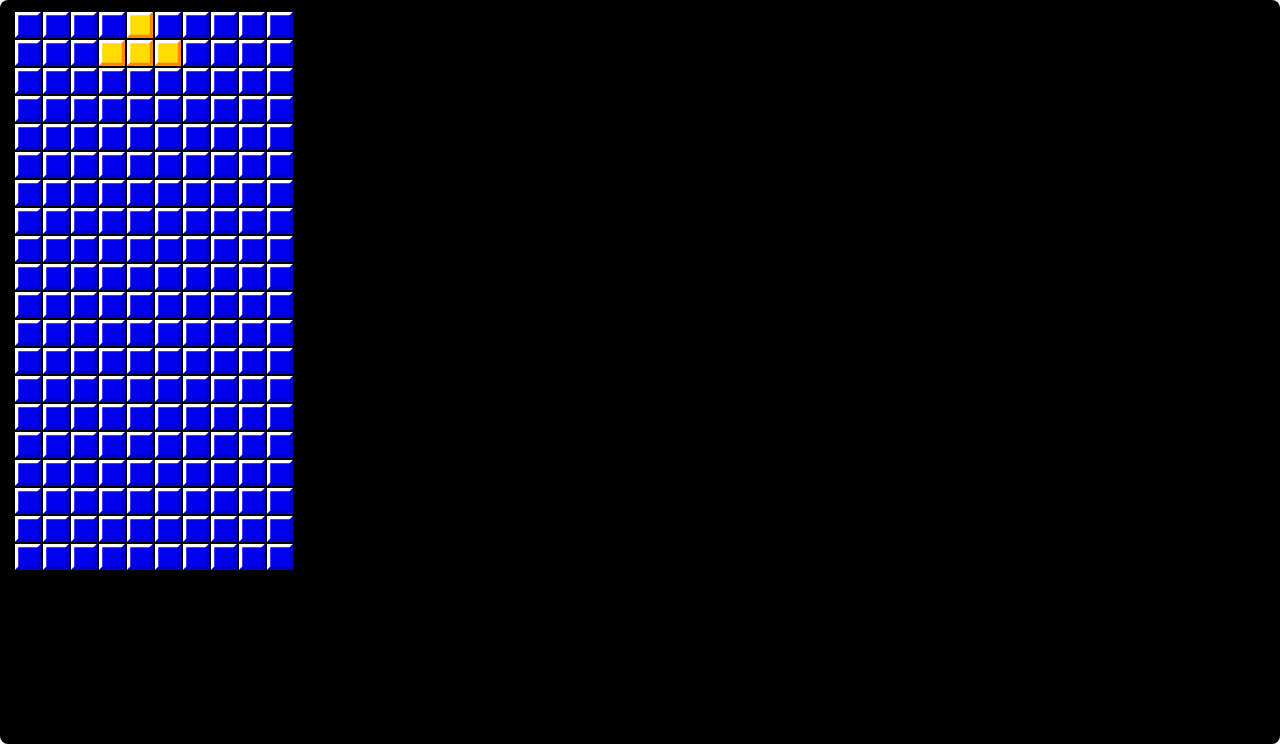
Repository: powidev/Epik-Tetris
Page: index.html
An editor plug-in stored every save of this project. The page is shown before and after the next save, followed by the edit.
The browser window is 1280 px wide. The pictures show the whole page.

Above is the page before, as saved 2025-05-20 10:23:48.

### index.html
<!DOCTYPE html>
<html lang="en">
<head>
    <meta charset="UTF-8">
    <meta name="viewport" content="width=device-width, initial-scale=1.0">
    <title>Tetris</title>
    <link rel="stylesheet" href="style.css">
</head>
<body>
    <div class="canvas-container">
        <canvas id="canvas-tetris" width="300" height="600"></canvas>
    </div>

    <script src="scripts/main.js" type="module"></script>
</body>
</html>

### style.css
body {
    display: flex;
    margin: 0;
    padding: 0;
}
.canvas-container {
    width: 100%;
    height: 100vh;
    background-color: black;
    padding: 12px 15px;
    border-radius: 8px;
}

### scripts/main.js
import { BoardTetris } from "/scripts/boardTetris.js";
import { Tetromino, TetraminoTypes } from "/scripts/tetromino.js";

const canvasTetris = document.getElementById("canvas-tetris");
const rows = 20;
const cols = 10;
const cellSize = 26;
const space = 2;

const boardTetris = new BoardTetris(canvasTetris, rows, cols, cellSize, space);

const tetrominoType = TetraminoTypes.T;
const tetromino = new Tetromino(canvasTetris, cellSize, tetrominoType.shapes, tetrominoType.initPosition, tetrominoType.id);

function update() {

    boardTetris.draw();
    tetromino.draw(boardTetris);
    requestAnimationFrame(update);
}

update();

### scripts/boardTetris.js
import { Grid } from '/scripts/grid.js';

export class BoardTetris extends Grid {
    constructor(canvas, rows, cols, cellSize, space) {
        super(canvas, rows, cols, cellSize, space);
    }

    isInside(row, col){
        return row >= 0 && row < this.rows && col >= 0 && col < this.cols;
    }
    isEmpty(row, col){
        return this.matriz[row][col] === 0 && this.isInside(row, col);
    }
    isRowFull(row){
        return this.matriz[row].every(element => element !== 0);
    }
    isRowEmpty(row){
        return this.matriz[row].every(element => element === 0);
    }
    clearRow(row){
        this.matriz[row].fill(0);
    }
    moveRowDown(row, numRows){
        this.matriz[row + numRows] = this.matriz[row].slice();
        this.clearRow(row);
    }
    clearFullRows(){
        let cont = 0;

        for(let row  = this.rows - 1; row >= 0; row--){
            if(this.isRowFull(row)){
                this.clearRow(row);
                cont++;
            }
            else if(cont > 0){
                this.moveRowDown(row, cont);
            }
        }
        return cont;
    }
    gameOver(){
        return !(this.isRowEmpty(0));
    }
}

### scripts/tetromino.js

class Position{
    constructor(row, column){
        this.row = row;
        this.column = column;
    }
}

class Tetromino {
    constructor(canvas, cellSize, shapes = [], initPosition = new Position(), id=1) {
        this.canvas = canvas;
        this.ctx = this.canvas.getContext('2d');
        this.cellSize = cellSize;
        this.shapes = shapes;
        this.rotation = 0;
        this.initPosition = initPosition;
        this.position = new Position(this.initPosition.row, this.initPosition.column);
        this.id = id;
    }
    drawSquare(x, y, side, color) {
        this.ctx.fillStyle = color;
        this.ctx.fillRect(x, y, side, side);
    }
    drawTriangle(x1, y1, x2, y2, x3, y3, color) {
        this.ctx.beginPath();
        this.ctx.moveTo(x1, y1);
        this.ctx.lineTo(x2, y2);
        this.ctx.lineTo(x3, y3);
        this.ctx.closePath();
        this.ctx.fillStyle = color;
        this.ctx.fill();
    }
    getColorPalette(id) {
        const palette = {
            1:{
                rightTriangle : "#FE8601",
                leftTriangle : "#FFFFFF",
                square : "#FFDB01"
            },
            2:{
                rightTriangle : "#FE5E02",
                leftTriangle : "#FFFFFF",
                square : "#FE8602"
            },
            3:{
                rightTriangle : "#B5193B",
                leftTriangle : "#FFFFFF",
                square : "#EE1B2E"
            },
            4:{
                rightTriangle : "#22974C",
                leftTriangle : "#FFFFFF",
                square : "#24DC4F"
            },
            5:{
                rightTriangle : "#49BDFF",
                leftTriangle : "#FFFFFF",
                square : "#2D97F7"
            },
            6:{
                rightTriangle : "#0000C9",
                leftTriangle : "#FFFFFF",
                square : "#0101F0"
            },
            7:{
                rightTriangle : "#8500D3",
                leftTriangle : "#FFFFFF",
                square : "#A000F1"
            }
        }
        return palette[id] || palette[1];
    }
    drawBlock(x, y, id){
        const margin = this.cellSize / 8;
        const palette = this.getColorPalette(id);

        this.drawTriangle(
            x, y,
            x + this.cellSize, y,
            x, y + this.cellSize,
            palette.leftTriangle
        );

        this.drawTriangle(
            x + this.cellSize, y,
            x + this.cellSize, y + this.cellSize,
            x, y + this.cellSize,
            palette.rightTriangle
        );

        this.drawSquare(
            x + margin,
            y + margin,
            this.cellSize - (margin * 2),
            palette.square
        );
    }
    currentShape(){
        return this.shapes[this.rotation];
    }
    draw(grid){
        const shape = this.currentShape();
        for(let i = 0; i < shape.length; i++){
            const position = grid.getCoordinates(
                this.position.column + shape[i].column,
                this.position.row + shape[i].row
            );
            this.drawBlock(position.x, position.y, this.id);
        }
    }
    currentPosition(){
        const positions = [];
        const shape = this.currentShape();
        for(let i = 0; i < shape.length; i++){
            positions.push(new Position(
                this.position.row + shape[i].row,
                this.position.column + shape[i].column
            ));
        }
        return positions;
    }
    move(row, column){
        this.position.row += row;
        this.position.column += column;
    }
    reset(){
        this.rotation = 0;
        this.position = new Position(this.initPosition.row, this.initPosition.column);
    }
}

const TetraminoTypes = {
    T:{
        id:1,
        initPosition: new Position(0, 3),
        shapes: [
            [new Position(0, 1), new Position(1, 0), new Position(1, 1), new Position(1, 2)],
            [new Position(0, 1), new Position(1, 1), new Position(1, 2), new Position(2, 1)],
            [new Position(1, 0), new Position(1, 1), new Position(1, 2), new Position(2, 1)],
            [new Position(0, 1), new Position(1, 0), new Position(1, 1), new Position(2, 1)]
        ]
    },
    O:{
        id:2,
        initPosition: new Position(0, 4),
        shapes: [
            [new Position(0, 0), new Position(0, 1), new Position(1, 0), new Position(1, 1)]
        ]
    },
    I:{
        id:3,
        initPosition: new Position(-1, 3),
        shapes: [
            [new Position(1, 0), new Position(1, 1), new Position(1, 2), new Position(1, 3)],
            [new Position(0, 2), new Position(1, 2), new Position(2, 2), new Position(3, 2)],
            [new Position(2, 0), new Position(2, 1), new Position(2, 2), new Position(2, 3)],
            [new Position(0, 1), new Position(1, 1), new Position(2, 1), new Position(3, 1)]
        ]
    },
    S:{
        id:4,
        initPosition: new Position(0, 3),
        shapes: [
            [new Position(0, 1), new Position(0, 2), new Position(1, 0), new Position(1, 1)],
            [new Position(0, 1), new Position(1, 1), new Position(1, 2), new Position(2, 2)],
            [new Position(1, 1), new Position(1, 2), new Position(2, 0), new Position(2, 1)],
            [new Position(0, 0), new Position(1, 0), new Position(1, 1), new Position(2, 1)]
        ]
    },
    Z:{
        id:5,
        initPosition: new Position(0, 3),
        shapes: [
            [new Position(0, 0), new Position(0, 1), new Position(1, 1), new Position(1, 2)],
            [new Position(0, 2), new Position(1, 1), new Position(1, 2), new Position(2, 1)],
            [new Position(1, 0), new Position(1, 1), new Position(2, 1), new Position(2, 2)],
            [new Position(0, 1), new Position(1, 0), new Position(1, 1), new Position(2, 0)]
        ]
    },
    J:{
        id:6,
        initPosition: new Position(0, 3),
        shapes: [
            [new Position(0, 0), new Position(1, 0), new Position(1, 1), new Position(1, 2)],
            [new Position(0, 1), new Position(0, 2), new Position(1, 1), new Position(2, 1)],
            [new Position(1, 0), new Position(1, 1), new Position(1, 2), new Position(2, 2)],
            [new Position(0, 1), new Position(1, 1), new Position(2, 0), new Position(2, 1)]
        ]
    },
    L:{
        id:7,
        initPosition: new Position(0, 3),
        shapes: [
            [new Position(0, 2), new Position(1, 0), new Position(1, 1), new Position(1, 2)],
            [new Position(0, 1), new Position(1, 1), new Position(2, 1), new Position(2, 2)],
            [new Position(1, 0), new Position(1, 1), new Position(1, 2), new Position(2, 0)],
            [new Position(0, 0), new Position(0, 1), new Position(1, 1), new Position(2, 1)]
        ]
    }
};

class TetrominosBag {
    constructor(canvas, cellSize){
        this.canvas = canvas;
        this.cellSize = cellSize;
        this.bag = [];
    }

    fillbag(){
        const tetrominosTypes = [
            tetrominosTypes.T,
            tetrominosTypes.O,
            tetrominosTypes.I,
            tetrominosTypes.S,
            tetrominosTypes.Z,
            tetrominosTypes.J,
            tetrominosTypes.L
        ]
        this.bag.length = 0;
        tetrominosTypes.forEach(type=>{
            this.bag.push(new Position(
                this.canvas,
                this.cellSize,
                type.shapes,
                type.initPosition,
                type.id
            ));
        });

        for(let i = this.bag.length - 1; i>0 ; i--){
            let j = Math.floor(Math.random() * (i + 1));
            [this.bag[i], this.bag[j]] = [this.bag[j], this.bag[i]];
        }
    }

    nextTetromino(){
        if(this.bag.length === 0){
            this.fillbag();
        }
        return this.bag.pop();
    }
}

export { Position, Tetromino, TetraminoTypes };

### scripts/grid.js
import { Tetromino } from '/scripts/tetromino.js';

export class Grid {
    constructor(canvas, rows, cols, cellSize, space) {
        this.canvas = canvas;
        this.ctx = canvas.getContext('2d');
        this.rows = rows;
        this.cols = cols;
        this.cellSize = cellSize;
        this.space = space;
        this.matriz = [];
        this.restartMatriz();

        this.canvas.width = this.cols * this.cellSize + (this.space * this.cols);
        this.canvas.height = this.rows * this.cellSize + (this.space * this.rows);

        this.block = new Tetromino(this.canvas, this.cellSize);
    }

    restartMatriz(){
        for(let r = 0; r < this.rows; r++){
            this.matriz[r] = [];
            for(let c = 0; c < this.cols; c++){
                this.matriz[r][c] = 6;
            }
        }
    }

    drawSquare(x, y, side, color, borderColor) {
        const bordeSize = side / 10;

        this.ctx.fillStyle = color;
        this.ctx.fillRect(x, y, side, side);

        this.ctx.strokeStyle = borderColor;
        this.ctx.lineWidth = bordeSize;
        this.ctx.strokeRect(x+bordeSize/2, y+bordeSize/2, side-bordeSize, side-bordeSize);
    }

    getCoordinates(col, row){
        return {x: col * (this.cellSize + this.space), y: row * (this.cellSize + this.space)};
    }

    draw(){
        for(let r = 0; r < this.rows; r++){
            for(let c = 0; c < this.cols; c++){
                const position = this.getCoordinates(c, r);
                if(this.matriz[r][c] !== 0){
                    this.block.drawBlock(position.x,position.y,this.matriz[r][c]);
                }
                else{
                    this.drawSquare(position.x, position.y, this.cellSize, "#000", "#303030");
                }
            }
        }
        this.printMatriz();
    }

    printMatriz(){
        let text = "";
        this.matriz.forEach((row) => {
            text += row.join(" ") + "\n";
        });
        console.log(text);
    }
}

After the next save:
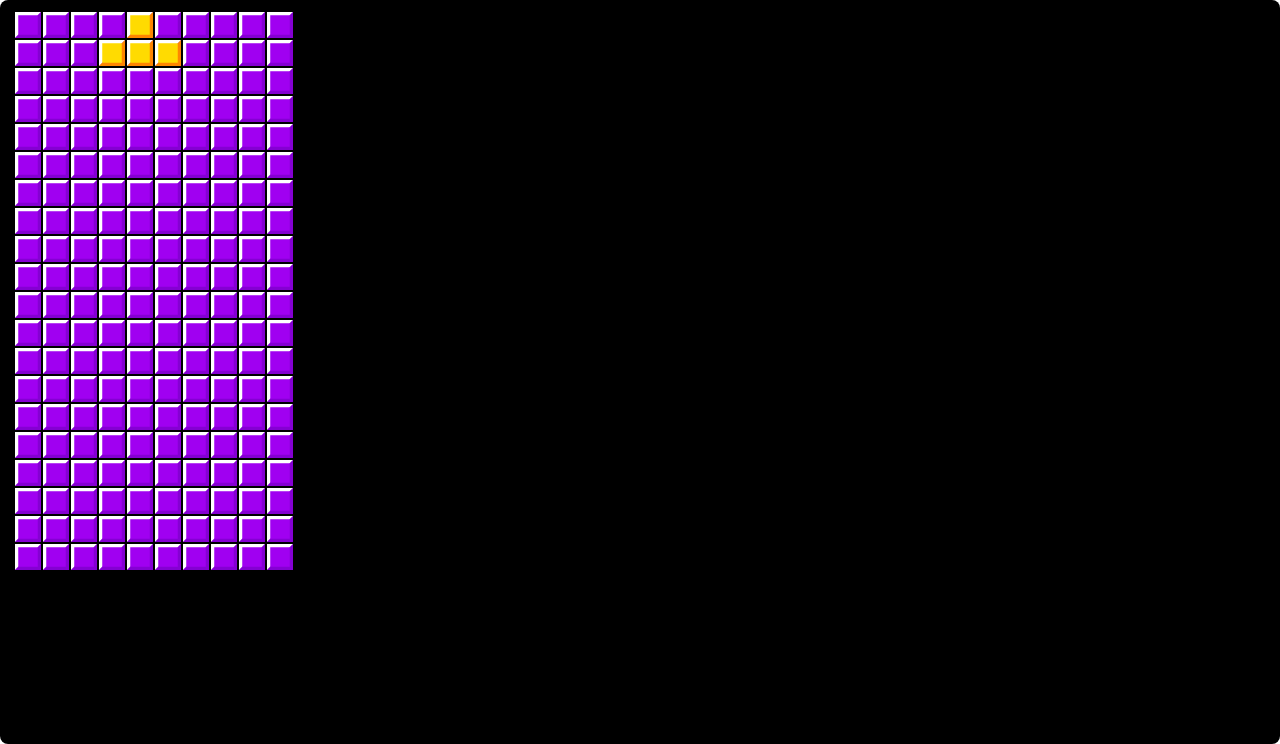
Saved 23 s later.
--- a/scripts/grid.js
+++ b/scripts/grid.js
@@ -21,7 +21,7 @@ export class Grid {
         for(let r = 0; r < this.rows; r++){
             this.matriz[r] = [];
             for(let c = 0; c < this.cols; c++){
-                this.matriz[r][c] = 6;
+                this.matriz[r][c] = 7;
             }
         }
     }
